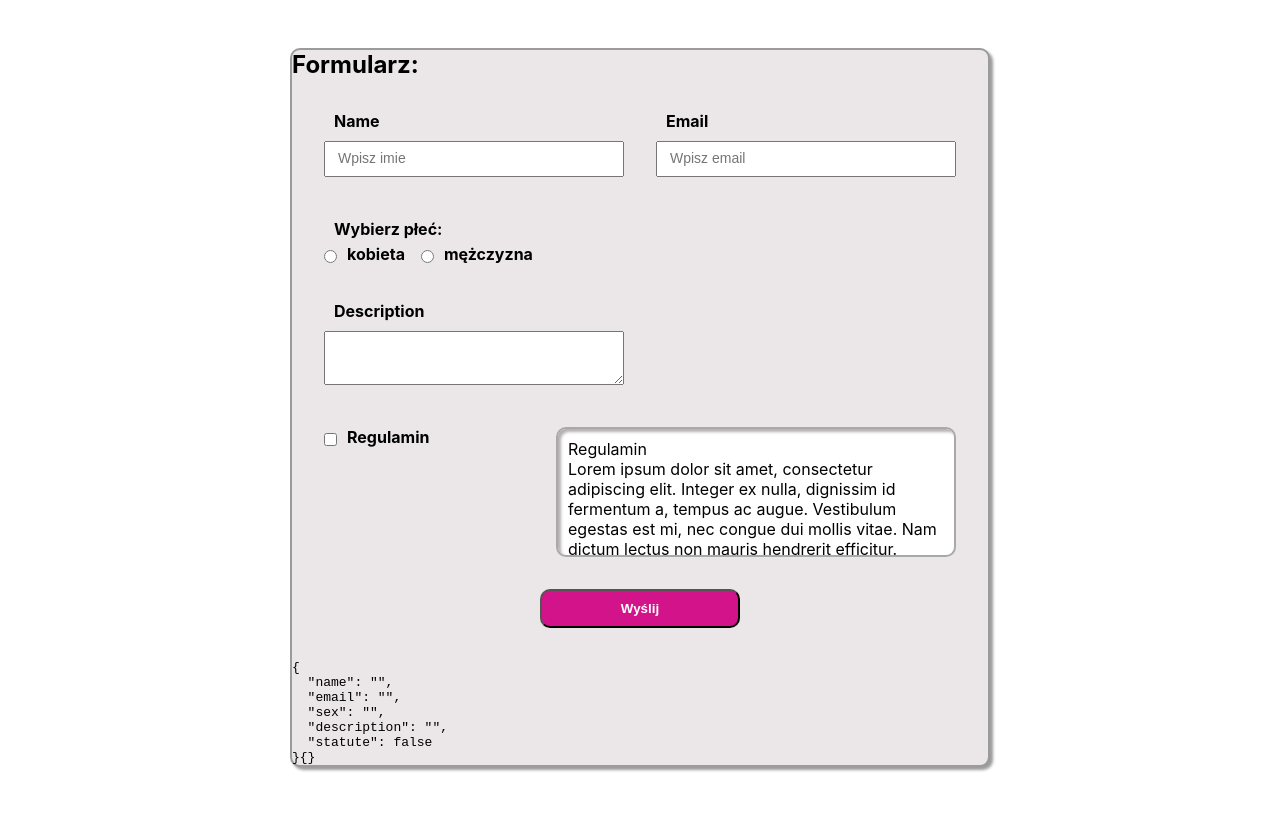
Repository: KrzysKolo/sr_tydzien4_zad3
Page: /
The author's editor kept a copy of each file at every save. The page is drawn from the files as they stood at one save, then again after the next save.
The browser window is 1280 px wide. The pictures show the whole page.
The project was rebuilt for these pictures with package versions that can differ from the ones it lists, and the page was loaded fresh each time. Also part of the build but not shown: src/components/FormComponents/TextError.js.

Above is the page before, as saved 2020-11-19 14:24:03.

### src/App.js
import React from 'react';
import './App.css';
import FormikContainer from './components/Formik/FormikContainer';
import Header from './components/Header';
const App = () => {
  return (
    <main className="App">
      <Header />
      <FormikContainer />
    </main>
   );
}

export default App;

### src/App.css
* {
  margin: 0;
  padding: 0;
  box-sizing: border-box;
}
.App {
  margin: 3rem auto;
  width: 700px;
  background-color: rgb(235, 231, 232);
  border: 2px solid rgb(155, 155, 155);
  border-radius: 10px;
  box-shadow: 3px 3px 3px rgb(155, 155, 155);
}
.section {
  display: flex;
  flex-direction: row;
  margin: 2rem 2rem;
  justify-content: space-between;
}
label {
  font-weight: bold;
  display: flex;
  margin-bottom: 5px;
  margin-left: 10px;
}
input[type="text"],
input[type="email"],
textarea {
  display: block;
  width: 300px;
  padding: 6px 12px;
  font-size: 14px;
  line-height: 1.4285;
  color: #555;
  margin: 10px 0;
}
.error {
  color: red;
}
.row {
  display: flex;
  flex-direction: row;
  align-items: center;
  margin-right: 1rem;
}
.statute {
  border: 2px solid rgb(170, 169, 169);
  border-radius: 10px;
  box-shadow: inset 3px 3px 3px rgb(181, 177, 178);
  background: #ffffff;
  height: 130px;
  width: 400px;
  padding: 10px;
  overflow: auto;
}
.btn-send {
  background-color: rgba(211, 19, 137, 1);
  border-radius: 10px;
  color: white;
  cursor: pointer;
  font-weight: bold;
  margin: 0 auto;
  padding: 10px;
  width: 200px;
  transition: all 0.3s ease-in-out;
}
.btn-send:hover {
  background-color: rgba(211, 19, 137, 0.5);
}

### src/components/Formik/FormikContainer.js
import React from 'react';
import { Formik, Form } from 'formik';
import * as yup from 'yup';
import FormikControl from './FormikControl';
import RadioOptions from './../../data/RadioOptions';

const FormikContainer = () => {
    const initialValues = {
        name: '',
        email: '',
        sex: '',
        description: '',
        statute: false,
    }

    const validationSchema = yup.object({
        name: yup.string().required("Imię jest obowiązkowe!").min(2,"Twóje imię musi mieć więcej niż 2 znaki!").max(30,'Twoje imię może mieć maxymalnie 30 znaków!'),
        email: yup.string().required("Email jest wymagany!").email("Adres zawiera błędy"),
        sex: yup.string().required('Zaznacz jedną wartość!'),
        description: yup.string().required('Wpisz kilka słów!').min(2, "Wpisz co najmniej 2 znaki").max(100, "Możesz wpisać max. 250 znaków"),
        statute: yup.boolean().required().oneOf([true], 'Musisz zaznaczyć regulamin!'),
    });

    const onSubmit = values => {console.log('Form data: ', values)};
    return (
        <Formik
            initialValues={initialValues}
            validationSchema={validationSchema}
            onSubmit={onSubmit}
        >
            { ({formik, values, errors}) => (
                <Form className="form-wrapper">
                    <section className="section">
                        <FormikControl control='input' type='text' label='Name' name='name' placeholder="Wpisz imie"/>
                        <FormikControl control='input' type='email' label='Email' name='email' placeholder="Wpisz email"/>
                    </section>
                    <section className="section">
                        <FormikControl control='radio' label='Wybierz płeć: ' name='sex' options={RadioOptions}/>
                    </section>
                    <section className="section">
                        <FormikControl control='textarea' label='Description' name='description'/>
                    </section>
                    <section className="section">
                        <FormikControl control='checkbox' label='Regulamin' name='statute'/>
                        <div className="statute">
                            Regulamin<br/>
                            <p>Lorem ipsum dolor sit amet, consectetur adipiscing elit. Integer ex nulla, dignissim id fermentum a, tempus ac augue. Vestibulum egestas est mi, nec congue dui mollis vitae. Nam dictum lectus non mauris hendrerit efficitur. Donec imperdiet nec nibh et interdum. Fusce ornare consequat sapien. Pellentesque rhoncus tempor vulputate. Aliquam eu diam laoreet, tincidunt nulla ut, dignissim turpis. Aliquam est ante, luctus sed felis et, iaculis sollicitudin tellus. Cras congue tincidunt viverra. Sed vestibulum faucibus lacus, eu dictum lorem porta id. Praesent a placerat ligula. Vestibulum faucibus ornare erat, id elementum est vehicula eu. Nunc pulvinar dolor lacus. Vestibulum dapibus efficitur orci, ac rhoncus augue auctor ut.</p>
                        </div>
                    </section>
                    <section className="section">
                         <button className="btn-send" type="submit">Wyślij</button>
                    </section>
                    <pre>
                        {JSON.stringify(values, null, 2)}
                        {JSON.stringify(errors, null, 2)}

                    </pre>

                </Form>
            )

            }

        </Formik>
    )
}
export default FormikContainer;

### src/components/Header.js
import React from 'react';
const Header = () => {
    return (
        <section className="header">
            <h2>Formularz: </h2>
        </section>
     );
}

export default Header;

### src/components/Formik/FormikControl.js
import { Input, Radio, Checkbox, TextArea } from './../FormComponents/';


const FormikControl = (props) => {
    const { control, ...rest } = props;
    switch(control) {
        case 'input': return <Input {...rest} />
        case 'radio': return <Radio {...rest} />
        case 'textarea': return <TextArea {...rest} />
        case 'checkbox': return <Checkbox {...rest} />
        default: return null
    }
}

export default FormikControl;

### src/data/RadioOptions.js
const RadioOptions=[
    { id: 0, value: "kobieta", label: 'kobieta' },
    { id: 1, value: "mężczyzna", label: 'mężczyzna' },
   ];
export default RadioOptions;

### src/components/FormComponents/index.js
export { default as Input } from "./Input";
export { default as Radio } from "./Radio";
export { default as Checkbox } from "./Checkbox";
export { default as TextArea } from "./TextArea";

### src/components/FormComponents/Input.js
import React from 'react';
import{ Field, ErrorMessage } from 'formik';
import TextError from './TextError';

const Input = (props) => {
    const { label, name, ...rest } = props;
    return (
        <div className="form-control">
             <label htmlFor={name}>{label}</label>
            <Field id={name} name={name} {...rest} />
            <ErrorMessage name={name} component={TextError} />
        </div>
     );
}

export default Input;

### src/components/FormComponents/Radio.js
import React from 'react';
import{ Field, ErrorMessage } from 'formik';
import TextError from './TextError';

const Radio = (props) => {
    const { label, name, options, ...rest } = props;
    return (
        <div className="form-control">
            <label htmlFor={name}>{label}</label>
            <div className="row">
                <Field name={name} {...rest}>
                    {
                    ({ field }) => {
                        return options.map(option => {
                            return (
                                <div className="row" key={option.id} >
                                    <input type='radio' id={option.id} {...field} value={option.value} checked={field.value === option.value}/>
                                    <label htmlFor={option.id}>{option.label}</label>
                                </div>
                            )
                        })
                    }
                    }
                </Field>
            </div>
            <ErrorMessage name={name} component={TextError} />
        </div>
     );
}

export default Radio;

### src/components/FormComponents/Checkbox.js
import React from 'react';
import{ Field, ErrorMessage } from 'formik';
import TextError from './TextError';

const Checkbox = (props) => {
    const { label, name, ...rest } = props;
    return (
        <div className="form-control">
            <div className="row">
                <Field type='checkbox' id={name} name="statute" {...rest}/>
                <label htmlFor={name}>{label}</label>
            </div>
            <ErrorMessage name={name} component={TextError} />
        </div>
     );
}

export default Checkbox;

### src/components/FormComponents/TextArea.js
import React from 'react';
import{ Field, ErrorMessage } from 'formik';
import TextError from './TextError';

const TextArea = (props) => {
    const { label, name, ...rest } = props;
    return (
        <div className="form-control">
            <label htmlFor={name}>{label}</label>
            <Field as ='textarea' id={name} name={name} {...rest} />
            <ErrorMessage name={name} component={TextError} />
        </div>
     );
}

export default TextArea;

Loaded but not shown: public/index.html (common file); src/index.js (common file); src/index.css (common file)

After the next save:
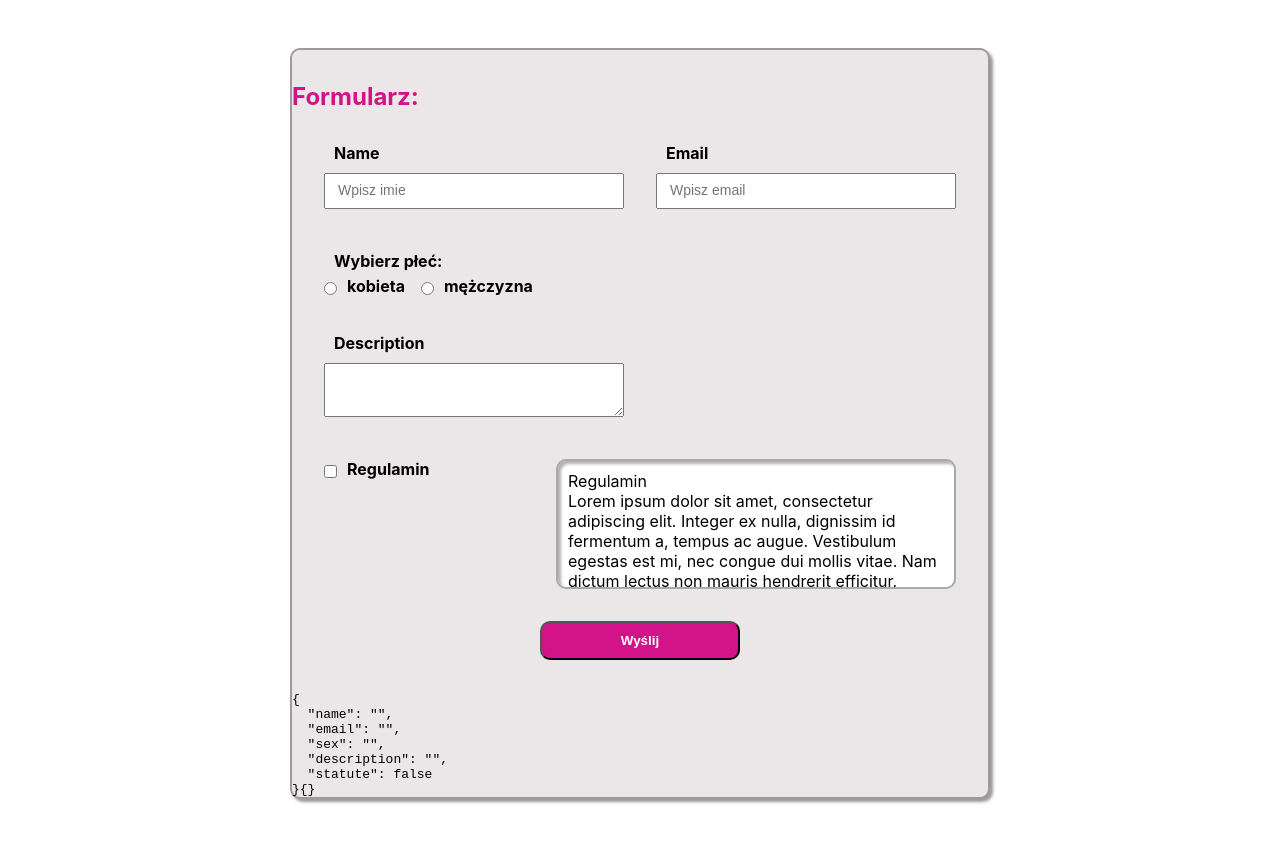
Saved 81 s later.
--- a/src/App.css
+++ b/src/App.css
@@ -67,3 +67,7 @@ textarea {
 .btn-send:hover {
   background-color: rgba(211, 19, 137, 0.5);
 }
+.header {
+  color: rgba(211, 19, 137, 1);
+  margin: 2rem auto;
+}
